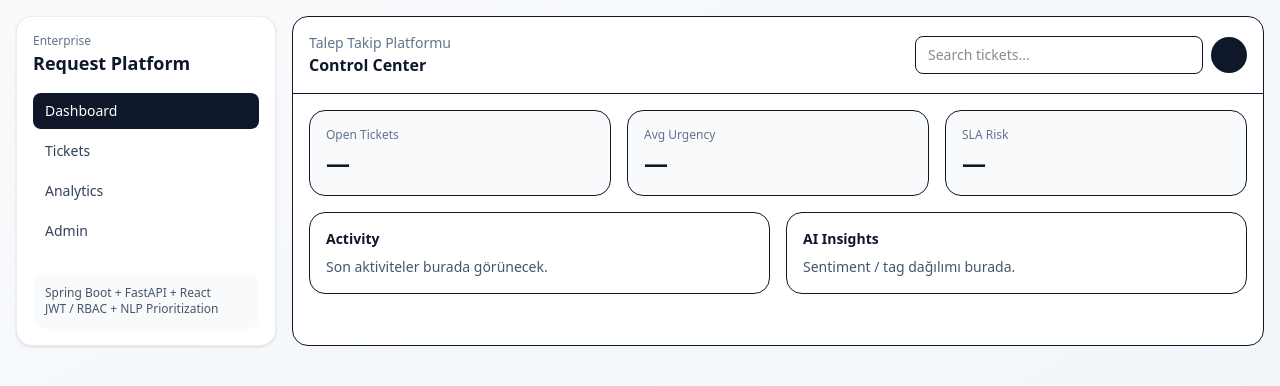
Repository: Salihapeker/enterprise-ai-ticket-system
Page: / (app in Desktop/enterprise-ai-ticket-system/frontend/)
The author's editor kept a copy of each file at every save. The page is drawn from the files as they stood at one save, then again after the next save.
The browser window is 1280 px wide. The pictures show the whole page.
The project was rebuilt for these pictures with package versions that can differ from the ones it lists, and the page was loaded fresh each time. Also part of the build but not shown: Desktop/enterprise-ai-ticket-system/frontend/vite.config.ts, Desktop/enterprise-ai-ticket-system/frontend/src/services/tickets.ts, Desktop/enterprise-ai-ticket-system/frontend/src/pages/TicketsPage.tsx, Desktop/enterprise-ai-ticket-system/frontend/src/pages/AnalyticsPage.tsx, Desktop/enterprise-ai-ticket-system/frontend/src/pages/AdminPage.tsx.

Above is the page before, as saved 2026-03-16 01:05:58.

### Desktop/enterprise-ai-ticket-system/frontend/src/index.css
@import "tailwindcss";

html,
body,
#root {
  height: 100%;
}

body {
  margin: 0;
  font-family:
    ui-sans-serif,
    system-ui,
    -apple-system,
    "Segoe UI",
    Roboto,
    Arial,
    "Noto Sans";
  background: #f8fafc;
}

:root {
  color-scheme: light;
}

* {
  -webkit-font-smoothing: antialiased;
  -moz-osx-font-smoothing: grayscale;
}

### Desktop/enterprise-ai-ticket-system/frontend/src/App.tsx
import { BrowserRouter, Route, Routes } from "react-router-dom";
import AppShell from "./components/layouts/AppShell";
import DashboardPage from "./pages/DashboardPage";
import TicketsPage from "./pages/TicketsPage";
import AnalyticsPage from "./pages/AnalyticsPage";
import AdminPage from "./pages/AdminPage";

export default function App() {
  return (
    <BrowserRouter>
      <Routes>
        <Route element={<AppShell />}>
          <Route path="/" element={<DashboardPage />} />
          <Route path="/tickets" element={<TicketsPage />} />
          <Route path="/analytics" element={<AnalyticsPage />} />
          <Route path="/admin" element={<AdminPage />} />
        </Route>
      </Routes>
    </BrowserRouter>
  );
}

### Desktop/enterprise-ai-ticket-system/frontend/src/components/layouts/AppShell.tsx
import { NavLink, Outlet } from "react-router-dom";

const navLinkClass = ({ isActive }: { isActive: boolean }) =>
  [
    "flex items-center gap-2 rounded-lg px-3 py-2 text-sm transition",
    isActive ? "bg-slate-900 text-white" : "text-slate-700 hover:bg-slate-100",
  ].join(" ");

export default function AppShell() {
  return (
    <div className="min-h-screen bg-gradient-to-br from-slate-50 to-slate-100 text-slate-900">
      <div className="mx-auto max-w-7xl p-4">
        <div className="grid grid-cols-1 gap-4 lg:grid-cols-[260px_1fr]">
          <aside className="rounded-2xl border border-slate-200/70 bg-white p-4 shadow-sm">
            <div className="flex items-center justify-between">
              <div>
                <div className="text-xs text-slate-500">Enterprise</div>
                <div className="text-lg font-semibold">Request Platform</div>
              </div>
            </div>

            <nav className="mt-4 grid gap-1">
              <NavLink to="/" end className={navLinkClass}>
                Dashboard
              </NavLink>
              <NavLink to="/tickets" className={navLinkClass}>
                Tickets
              </NavLink>
              <NavLink to="/analytics" className={navLinkClass}>
                Analytics
              </NavLink>
              <NavLink to="/admin" className={navLinkClass}>
                Admin
              </NavLink>
            </nav>

            <div className="mt-6 rounded-xl bg-slate-50 p-3 text-xs text-slate-600">
              Spring Boot + FastAPI + React
              <br />
              JWT / RBAC + NLP Prioritization
            </div>
          </aside>

          <main className="rounded-2xl border bg-white">
            <header className="flex items-center justify-between border-b p-4">
              <div>
                <div className="text-sm text-slate-500">
                  Talep Takip Platformu
                </div>
                <div className="text-base font-semibold">Control Center</div>
              </div>
              <div className="flex items-center gap-2">
                <input
                  className="hidden w-72 rounded-lg border px-3 py-2 text-sm outline-none focus:ring-2 focus:ring-slate-300 md:block"
                  placeholder="Search tickets..."
                />
                <div className="h-9 w-9 rounded-full bg-slate-900" />
              </div>
            </header>

            <div className="p-4">
              <Outlet />
            </div>
          </main>
        </div>
      </div>
    </div>
  );
}

### Desktop/enterprise-ai-ticket-system/frontend/src/pages/DashboardPage.tsx
export default function DashboardPage() {
  return (
    <div className="grid gap-4">
      <div className="grid grid-cols-1 gap-4 md:grid-cols-3">
        <Card title="Open Tickets" value="—" />
        <Card title="Avg Urgency" value="—" />
        <Card title="SLA Risk" value="—" />
      </div>

      <div className="grid grid-cols-1 gap-4 lg:grid-cols-2">
        <Panel title="Activity">Son aktiviteler burada görünecek.</Panel>
        <Panel title="AI Insights">Sentiment / tag dağılımı burada.</Panel>
      </div>
    </div>
  );
}

function Card({ title, value }: { title: string; value: string }) {
  return (
    <div className="rounded-2xl border bg-slate-50 p-4">
      <div className="text-xs text-slate-500">{title}</div>
      <div className="mt-1 text-2xl font-semibold">{value}</div>
    </div>
  );
}

function Panel({
  title,
  children,
}: {
  title: string;
  children: React.ReactNode;
}) {
  return (
    <div className="rounded-2xl border p-4">
      <div className="text-sm font-semibold">{title}</div>
      <div className="mt-2 text-sm text-slate-600">{children}</div>
    </div>
  );
}

Loaded but not shown: Desktop/enterprise-ai-ticket-system/frontend/src/main.tsx (common file)

After the next save:
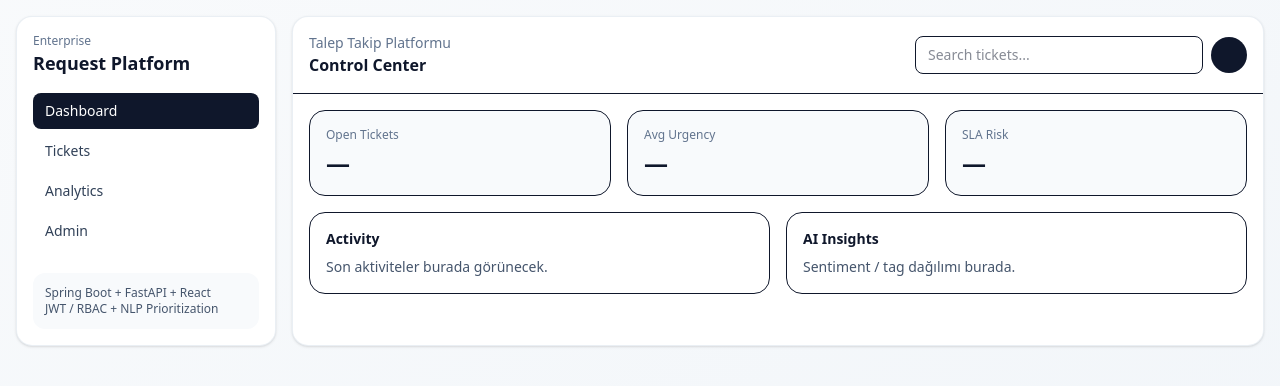
Saved 66 s later.
--- a/Desktop/enterprise-ai-ticket-system/frontend/src/components/layouts/AppShell.tsx
+++ b/Desktop/enterprise-ai-ticket-system/frontend/src/components/layouts/AppShell.tsx
@@ -41,7 +41,7 @@ export default function AppShell() {
             </div>
           </aside>
 
-          <main className="rounded-2xl border bg-white">
+          <main className="rounded-2xl border border-slate-200/70 bg-white shadow-sm">
             <header className="flex items-center justify-between border-b p-4">
               <div>
                 <div className="text-sm text-slate-500">
